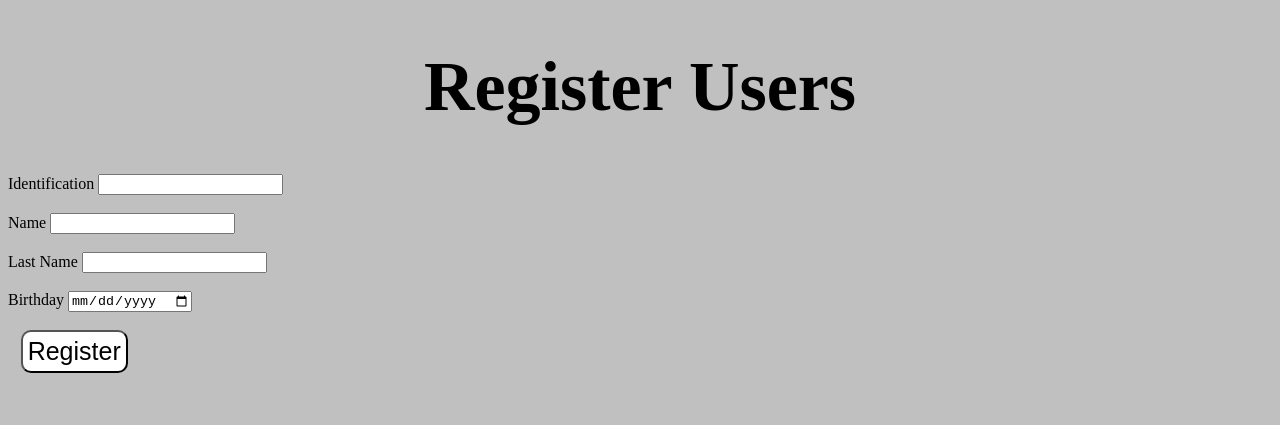
Repository: Grupo7cloud/app-cym-7
Page: http://localhost/register_page
The author's editor kept a record of every edit. The page is drawn from the files as they stood at one moment, then again after the next edit.
The browser window is 1280 px wide. The pictures show the whole page.
The page is served by the project's application, run on Flask 3 (server.py).

Above is the page before.

### templates/register.html
<!DOCTYPE html>
<html>
    <head>
        <meta http-equiv="content-type" content="text/html; charset=utf-8" />
        <title>Web Pague</title>
        <link rel="stylesheet" href="../static/css/styleRegister.css" type="text/css" />
        <script src="../static/js/appRegister.js" type="text/javascript" charset="utf-8"></script>
    </head>
    <body>
        <h1>Register Users</h1>
        <form action="/register_user" method="post">
            <label>Identification</label> <input type="number" name="id"/> <br> <br>
            <label>Name</label> <input type="text" name="name" /> <br> <br>
            <label>Last Name</label> <input type="text" name="lastname" /> <br> <br>
            <label>Birthday</label> <input type="date" name="birthday" /> <br> <br>
            <button>Register</button>
        </form>
    </body>
</html>

### server.py
from flask import Flask, render_template

app = Flask(__name__)

@app.route("/")
def home_page():
    return render_template("home.html")

@app.route ("/register_page")
def register_page():
    return render_template("register.html")

@app.route("/register_user", methods=["post"])
def register_user():
    id = request.form["id"]
    Name = request.form["Name"]
    Last_Name = request.form["Last_Name"]
    Birthday = request.form["Birthday"]
    print(id, Name, LastName, Birthday)
    return "Ok"

if __name__ == "__main__":
    host = '0.0.0.0'
    port = '8080'
    app.run(host, port)

### static/css/styleRegister.css
h1   {
    text-align: center;
    font-size: 75px;
    font-family: cursive;
}
button {
    text-align: center;
    font-size: 25px;
    background-color: white;
    color:  black;
    border-radius: 10px;
    padding: 5px;
    margin-left: 1%;
    margin-right: 1%;
}
h1 {
text-align-last: center;
font-size: 70px;
}
body{
    background-color: silver;
}
from {
    text-align: center;
}

### static/js/appRegister.js
function registerUser(){
   alert("Boton de registar usuario clickeado")
}

After the next edit:
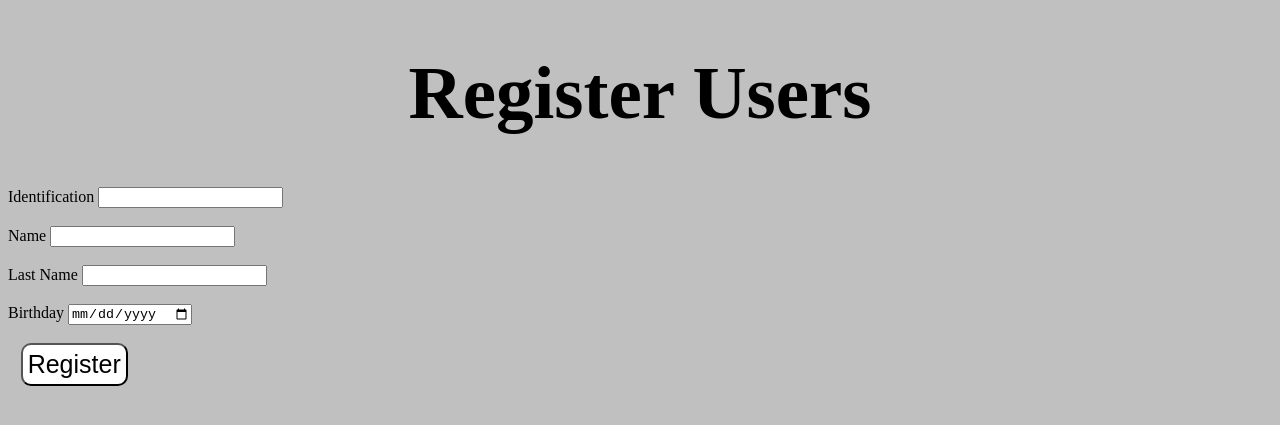
The edit:
--- a/static/css/styleRegister.css
+++ b/static/css/styleRegister.css
@@ -13,10 +13,6 @@
     margin-left: 1%;
     margin-right: 1%;
 }
-h1 {
-text-align-last: center;
-font-size: 70px;
-}
 body{
     background-color: silver;
 }
